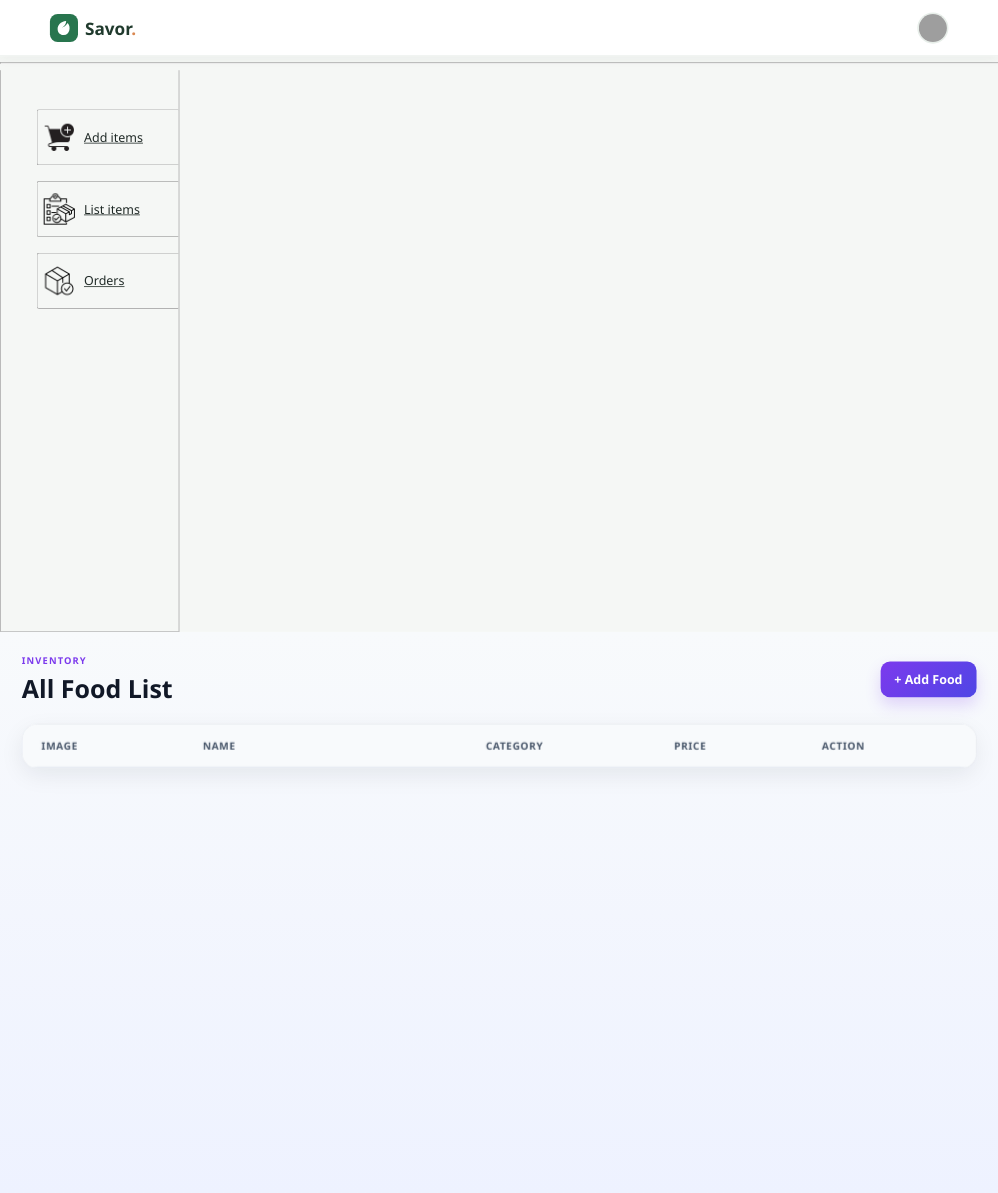
Repository: prince44991/Ecommerce-Project-Full-Stack
Page: /Listitem (app in admin/my-react-app/)
These files come from the project's save history. The page is drawn as it stood at one moment and after the next save; the edit follows.
The browser window is 1280 px wide. The pictures show the whole page, at 78% of full size.
Pictures or frames that could not be fetched are drawn as grey boxes. The page's requests for data from a server got no answer. The project was rebuilt for these pictures with package versions that can differ from the ones it lists, and the page was loaded fresh each time. No one was signed in, and anything a server would have sent is missing. Also part of the build but not shown: admin/my-react-app/vite.config.js, admin/my-react-app/src/pages/Add/Add.css, admin/my-react-app/src/pages/Add/Add.jsx, admin/my-react-app/src/pages/Order/Order.jsx.

Above is the page before, as saved 2026-09-30 16:03:11.

### admin/my-react-app/index.html
<!doctype html>
<html lang="en">
  <head>
    <meta charset="UTF-8" />
    <link rel="icon" type="image/svg+xml" href="/favicon.svg" />
    <meta name="viewport" content="width=device-width, initial-scale=1.0" />
    <title>my-react-app</title>
  </head>
  <body>
    <div id="root"></div>
    <script type="module" src="/src/main.jsx"></script>
  </body>
</html>

### admin/my-react-app/src/index.css
:root {
  font-family: 'DM Sans', 'Segoe UI', sans-serif;
  font-synthesis: none;
  text-rendering: optimizeLegibility;
  -webkit-font-smoothing: antialiased;
  -moz-osx-font-smoothing: grayscale;
  font-optical-sizing: auto;
  font-weight: 400;
  color: #202a27;
  background: #f5f7f5;
}

* {
  box-sizing: border-box;
}

body {
  min-width: 320px;
  min-height: 100vh;
  margin: 0;
}

button,
input {
  font: inherit;
}

a {
  color: inherit;
}

### admin/my-react-app/src/App.jsx
import Navbar from './components/Navbar/Navbar.jsx'
import Sliderbar from './components/Sliderbar/Sliderbar.jsx'
import { BrowserRouter, Route, Routes } from "react-router-dom"
import Add from './pages/Add/Add.jsx'
import Order from './pages/Order/Order.jsx'
import List from './pages/List/List.jsx'
import { ToastContainer, toast } from 'react-toastify';
function App() {
  return (
    <>
    <BrowserRouter>
    <ToastContainer/>
    <Navbar />
    <hr/>
    <Sliderbar/>
    <Routes>
      <Route path='/Additem' element={<Add/>} />
      <Route path='/Listitem' element={<List/>} />
      <Route path='/Orders' element={<Order/>} />
    </Routes>
    </BrowserRouter>
    </>
  )
}

export default App

### admin/my-react-app/src/components/Navbar/Navbar.jsx
import React from 'react'
import './Navbar.css'

const Navbar = () => {
  return (
    <header className="navbar">
      <a className="navbar__brand" href="#dashboard" aria-label="Savor admin dashboard">
        <span className="navbar__logo" aria-hidden="true">
          <svg viewBox="0 0 32 32" fill="none">
            <path d="M16 27c-6.2 0-10-4.2-10-9.7C6 11.6 10.5 6 19.5 5c-.2 5.6-2.7 8.3-6.8 10.2 3.4-1.1 7-3.7 9.2-7.4C27.7 14 24.8 27 16 27Z" fill="currentColor" />
            <path d="M9 23c3.2-4.2 6.1-6.3 10.8-8.4" stroke="white" strokeWidth="1.8" strokeLinecap="round" />
          </svg>
        </span>
        <span className="navbar__name">Savor<span>.</span></span>
      </a>

      <img
        className="navbar__avatar"
        src="https://images.unsplash.com/photo-1534528741775-53994a69daeb?auto=format&fit=crop&w=128&h=128&q=80"
        alt="Admin profile"
      />
    </header>
  )
}

export default Navbar

### admin/my-react-app/src/components/Sliderbar/Sliderbar.jsx
import React from 'react'
import './Sliderbar.css'
import item from '../../assets/add-to-cart.png';
import list from '../../assets/list-items.png';
import order from '../../assets/package.png';
import { NavLink } from 'react-router-dom';
const Sliderbar = () => {
  return (
    <div>
    <div className="sidebar">
        <div className="sidbar-options">
            <div className="sidbar-option">
                <img src={item} alt="" />
                <NavLink to="/Additem"><p className='par'>Add items</p></NavLink>
            </div>
            <div className="sidbar-option">
                <img src={list} alt="" />
                <NavLink to="/Listitem"><p className='par'>List items</p></NavLink>
            </div>
            <div className="sidbar-option">
                <img src={order} alt="" />
                <NavLink to="/Orders"><p className='par'>Orders</p></NavLink>
            </div>
        </div>
    </div>
    </div>
  )
}

export default Sliderbar

### admin/my-react-app/src/pages/List/List.jsx
import axios from 'axios';
import { useEffect, useState } from 'react';
import './List.css';

const List = () => {
  const [display, setDisplay] = useState([]);

  const datafetch = async () => {
    try {
      const url = 'http://localhost:8001';
      const response = await axios.get(`${url}/view/product`);
      setDisplay(response.data.data);
    } catch (error) {
      console.error('Error fetching products:', error);
      setDisplay([]);
    }
  };

  useEffect(() => {
    datafetch();
  }, []);

  return (
    <div className="list-page">
      <div className="list-header">
        <div>
          <p className="eyebrow">Inventory</p>
          <h2>All Food List</h2>
        </div>
        <button type="button" className="add-btn">+ Add Food</button>
      </div>

      <div className="list-table-wrapper">
        <div className="list-table-format title">
          <b>Image</b>
          <b>Name</b>
          <b>Category</b>
          <b>Price</b>
          <b>Action</b>
        </div>

        {display.map((r, index) => (
          <div key={index} className="list-table-format row">
            <img
              src={`http://localhost:8001/uploads/${r.image}`}
              alt={r.productname}
            />

            <div className="food-info">
              <p className="food-name">{r.productname}</p>
              <span className="food-desc">{r.description}</span>
            </div>

            <p className="category-pill">{r.catagory}</p>
            <p className="price-tag">₹{r.price}</p>

            <div className="action-cell">
              <button type="button" className="row-action">*</button>
            </div>
          </div>
        ))}
      </div>
    </div>
  );
};

export default List;

### admin/my-react-app/src/components/Navbar/Navbar.css
.navbar {
	display: flex;
	width: 100%;
	min-height: 72px;
	align-items: center;
	justify-content: space-between;
	gap: 24px;
	padding: 0 clamp(18px, 5vw, 64px);
	border-bottom: 1px solid #e8eeea;
	background: #fff;
	box-shadow: 0 3px 14px rgb(30 59 43 / 5%);
}

.navbar__brand {
	display: inline-flex;
	flex: 0 0 auto;
	align-items: center;
	gap: 9px;
	color: #203a2d;
	text-decoration: none;
}

.navbar__logo {
	display: grid;
	width: 36px;
	height: 36px;
	place-items: center;
	border-radius: 10px;
	color: #fff;
	background: #28754e;
}

.navbar__logo svg {
	width: 26px;
	height: 26px;
}

.navbar__name {
	font-size: 22px;
	font-weight: 700;
}

.navbar__name span {
	color: #d98750;
}

.navbar__avatar {
	width: 40px;
	height: 40px;
	flex: 0 0 auto;
	border: 2px solid #e7eee9;
	border-radius: 50%;
	object-fit: cover;
	object-position: center 38%;
}

.navbar__brand:focus-visible {
	outline: 2px solid #28754e;
	outline-offset: 4px;
}

@media (max-width: 560px) {
	.navbar {
		min-height: 64px;
		gap: 18px;
		padding: 0 18px;
	}
}

### admin/my-react-app/src/components/Sliderbar/Sliderbar.css
img{
    width: 40px;
}

.sidebar{
    width: 18%;
     min-height: 100vh;
    border: 1.5px solid #a9a9a9;
    border-top: 0;
}
.sidbar-options{
    padding-top: 50px;
    padding-left: 20%;
    display: flex;
    flex-direction: column;
    gap: 20px;
}
.sidbar-option{
    display: flex;
     align-items: center;
    gap: 12px;
    border: 1px solid #a9a9a9;
    border-right: 0;
    padding: 8px;
    border-radius: 3px 0px 0px 3px;
    cursor: pointer;
     /* text-decoration: none; */
}
.par{
    text-decoration: none;
}

### admin/my-react-app/src/pages/List/List.css
.list-page {
  padding: 28px;
  background: linear-gradient(180deg, #f8fafc 0%, #eef2ff 100%);
  min-height: 100vh;
  font-family: 'Segoe UI', Tahoma, Geneva, Verdana, sans-serif;
}

.list-header {
  display: flex;
  justify-content: space-between;
  align-items: center;
  margin-bottom: 24px;
}

.eyebrow {
  margin: 0 0 6px;
  font-size: 12px;
  letter-spacing: 0.12em;
  text-transform: uppercase;
  color: #7c3aed;
  font-weight: 700;
}

.list-header h2 {
  margin: 0;
  font-size: 32px;
  color: #111827;
}

.add-btn {
  border: none;
  background: linear-gradient(135deg, #7c3aed, #4f46e5);
  color: white;
  padding: 12px 18px;
  border-radius: 12px;
  font-weight: 600;
  cursor: pointer;
  box-shadow: 0 10px 20px rgba(124, 58, 237, 0.2);
  transition: transform 0.2s ease;
}

.add-btn:hover {
  transform: translateY(-1px);
}

.list-table-wrapper {
  background: rgba(255, 255, 255, 0.8);
  backdrop-filter: blur(6px);
  border: 1px solid rgba(148, 163, 184, 0.18);
  border-radius: 20px;
  box-shadow: 0 10px 30px rgba(15, 23, 42, 0.08);
  overflow: hidden;
}

.list-table-format {
  display: grid;
  grid-template-columns: 1.1fr 2fr 1.3fr 1fr 1fr;
  align-items: center;
  gap: 16px;
  padding: 18px 24px;
}

.list-table-format.title {
  background: #f8fafc;
  border-bottom: 1px solid #e2e8f0;
  color: #475569;
  font-size: 13px;
  text-transform: uppercase;
  letter-spacing: 0.06em;
}

.list-table-format.row {
  border-bottom: 1px solid #edf2f7;
  background: white;
  transition: background 0.2s ease;
}

.list-table-format.row:last-child {
  border-bottom: none;
}

.list-table-format.row:hover {
  background: #faf5ff;
}

.list-table-format img {
  width: 72px;
  height: 72px;
  object-fit: cover;
  border-radius: 14px;
  border: 1px solid #e2e8f0;
  background: #f1f5f9;
}

.food-info {
  display: flex;
  flex-direction: column;
  gap: 4px;
}

.food-name {
  margin: 0;
  font-size: 16px;
  font-weight: 700;
  color: #111827;
}

.food-desc {
  color: #64748b;
  font-size: 12px;
  line-height: 1.4;
}

.category-pill {
  margin: 0;
  display: inline-flex;
  justify-self: start;
  padding: 8px 12px;
  border-radius: 999px;
  background: #ede9fe;
  color: #6d28d9;
  font-size: 12px;
  font-weight: 700;
}

.price-tag {
  margin: 0;
  font-size: 16px;
  font-weight: 700;
  color: #0f172a;
}

.action-cell {
  display: flex;
  justify-content: flex-end;
}

.row-action {
  border: none;
  background: #ecfdf5;
  color: #047857;
  padding: 10px 14px;
  border-radius: 10px;
  font-weight: 700;
  cursor: pointer;
}

@media (max-width: 768px) {
  .list-page {
    padding: 16px;
  }

  .list-header {
    flex-direction: column;
    align-items: flex-start;
    gap: 16px;
  }

  .list-table-wrapper {
    overflow-x: auto;
  }

  .list-table-format {
    min-width: 620px;
  }
}

Loaded but not shown: admin/my-react-app/src/main.jsx (common file)

After the next save:
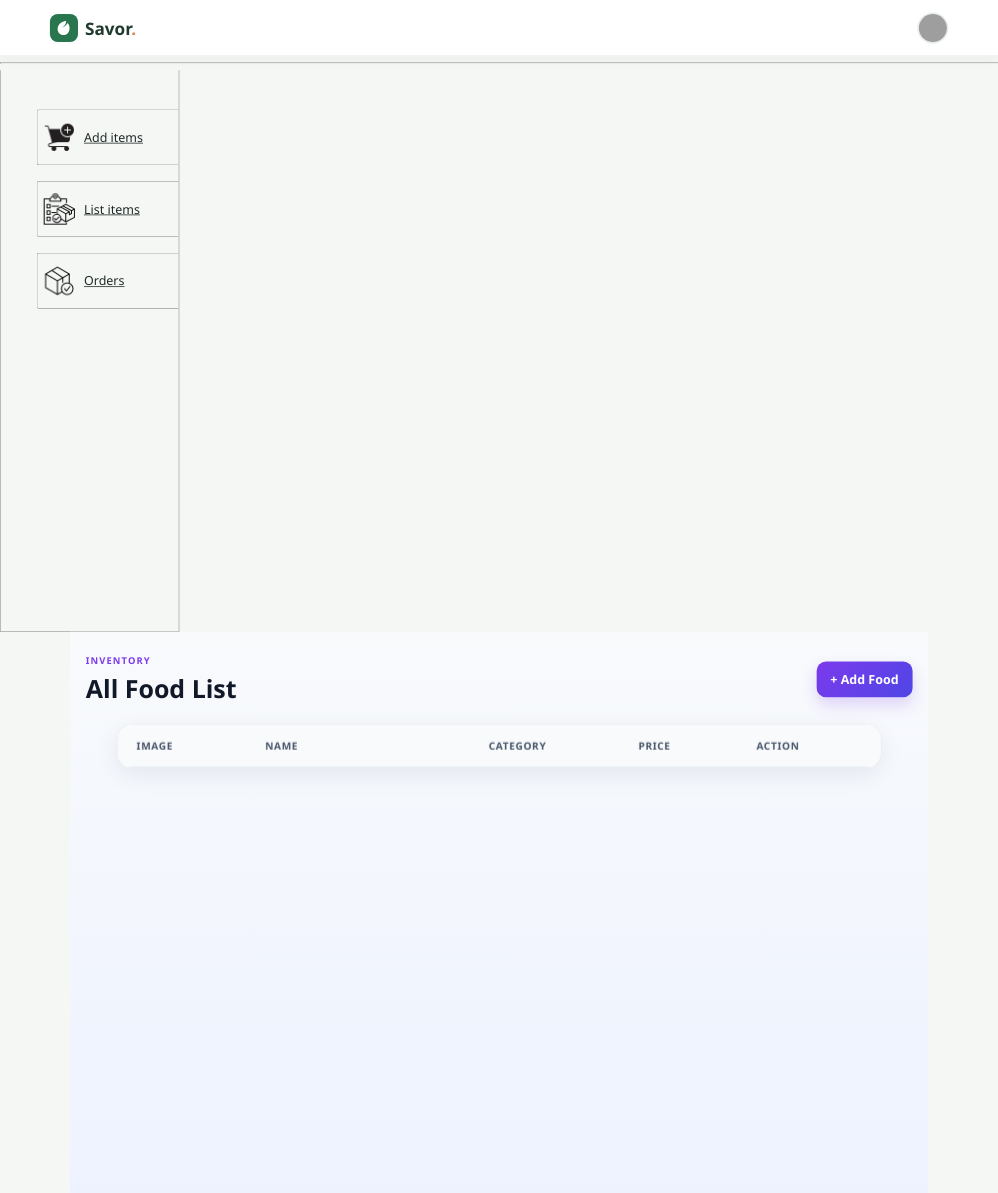
Saved 2 min 41 s later.
--- a/admin/my-react-app/src/pages/List/List.css
+++ b/admin/my-react-app/src/pages/List/List.css
@@ -1,5 +1,7 @@
 .list-page {
-  padding: 28px;
+  max-width: 1100px;
+  margin: 0 auto;
+  padding: 28px 20px;
   background: linear-gradient(180deg, #f8fafc 0%, #eef2ff 100%);
   min-height: 100vh;
   font-family: 'Segoe UI', Tahoma, Geneva, Verdana, sans-serif;
@@ -44,6 +46,8 @@
 }
 
 .list-table-wrapper {
+  max-width: 980px;
+  margin: 0 auto;
   background: rgba(255, 255, 255, 0.8);
   backdrop-filter: blur(6px);
   border: 1px solid rgba(148, 163, 184, 0.18);
